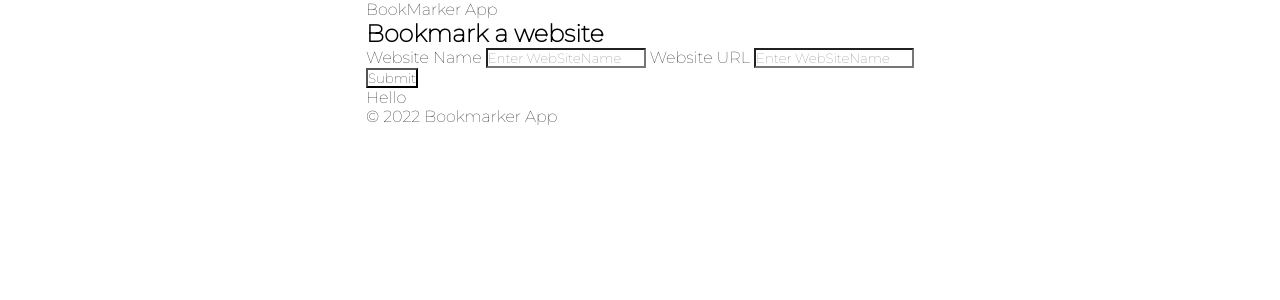
Repository: Suporl9/BookMarkerApp
Page: index.html
The author's editor kept a copy of each file at every save. The page is drawn from the files as they stood at one save, then again after the next save.
The browser window is 1280 px wide. The pictures show the whole page.

Above is the page before, as saved 2021-11-21 17:26:20.

After the next save:
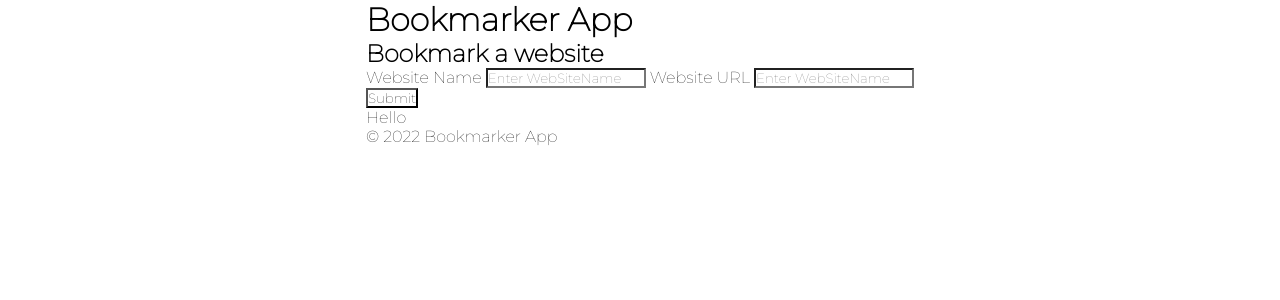
Saved 18 s later.
--- a/index.html
+++ b/index.html
@@ -10,7 +10,7 @@
   <body>
     <div class="container">
       <div class="innerContainer">
-        <div class="bookmarkerSection">BookMarker App</div>
+        <div class="bookmarkerSection"><h1>Bookmarker App</h1></div>
         <div class="vh"></div>
         <div class="formInput">
           <form>
